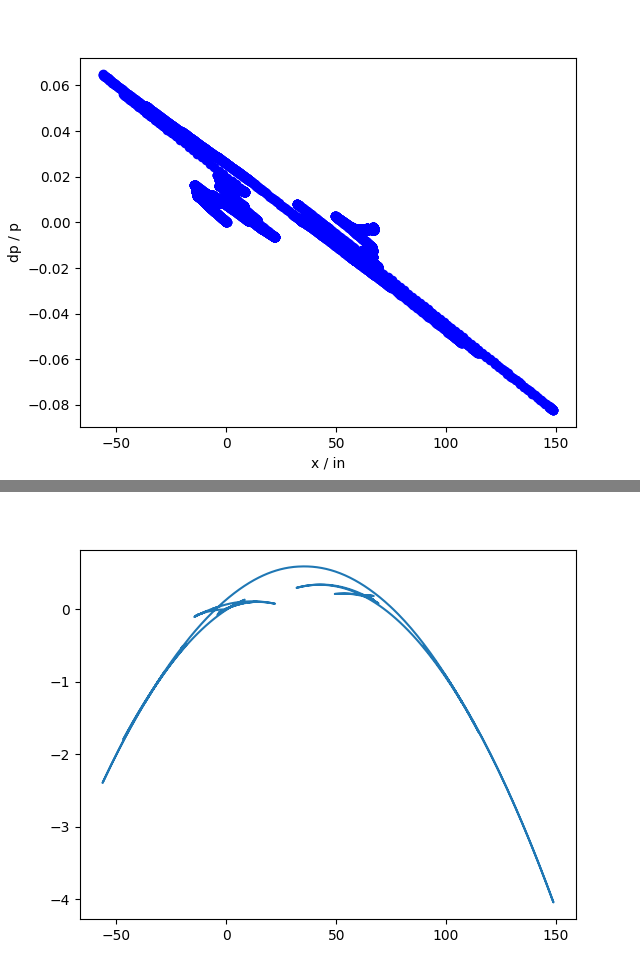
Repository: leiradom/Modified-linear-theory
Script's output: python 3_Shock_correction.py
The author's editor kept a copy of each file at every save. The script's output is drawn from the files as they stood at one save, then again after the next save.
Each picture stacks the figures in order, with grey between them; figures that are only written to a file come last. Random numbers start from a fixed seed.

Above is the script's output before, as saved 2021-04-27 17:07:51.

After the next save:
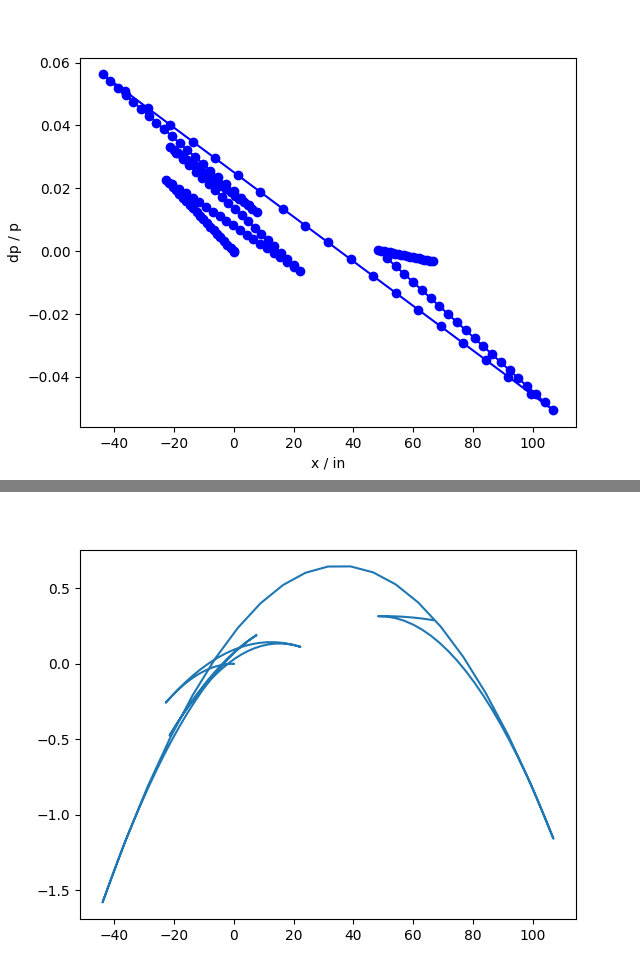
Saved 23 s later.
--- a/3_Shock_correction.py
+++ b/3_Shock_correction.py
@@ -7,7 +7,7 @@ import math
 import numpy as np
 import matplotlib.pyplot as plt
 
-pressure = np.loadtxt("tu144.txt",dtype=np.float64)   #存放未修正的压力信号
+pressure = np.loadtxt("pressure144.txt",dtype=np.float64)   #存放未修正的压力信号
 a = len(pressure)                                              #未加点时的点数
 
 X = np.ones(a,dtype=np.float64)     #存放x的数组 用于加点用的横坐标数组
